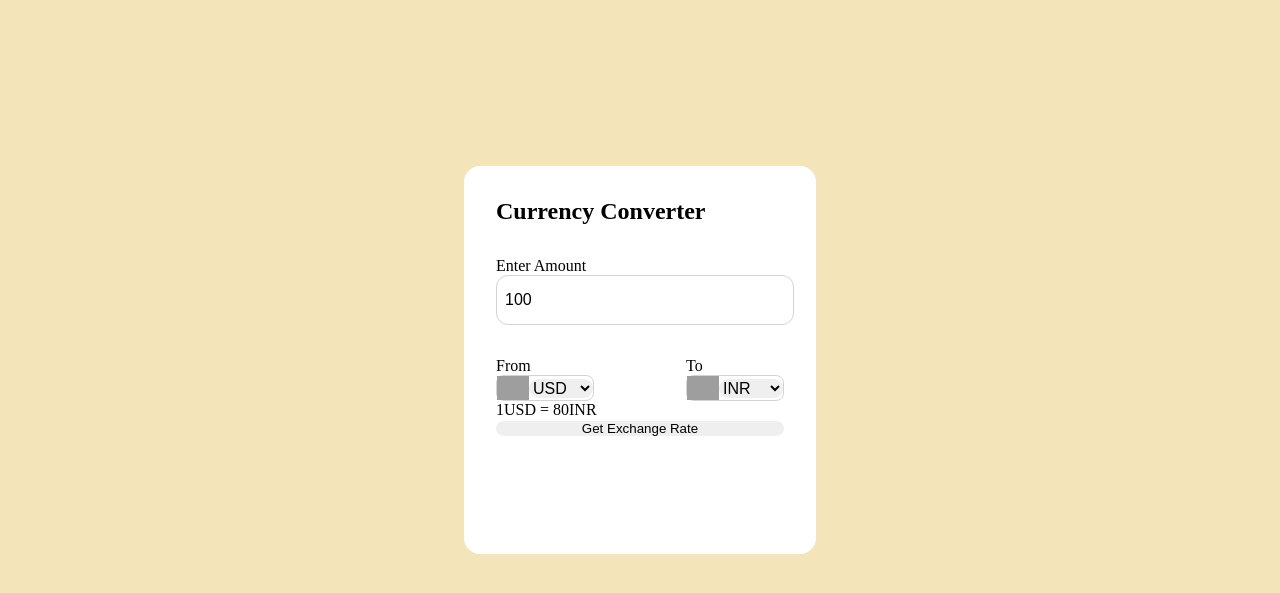
Repository: Kunal-Rajput76/currency-converter
Page: index.html
The author's editor kept a copy of each file at every save. The page is drawn from the files as they stood at one save, then again after the next save.
The browser window is 1280 px wide. The pictures show the whole page.
Pictures or frames that could not be fetched are drawn as grey boxes.

Above is the page before, as saved 2025-10-18 11:34:09.

### index.html
<!DOCTYPE html>
<html lang="en">
<head>
    <meta charset="UTF-8">
    <meta name="viewport" content="width=device-width, initial-scale=1.0">
    <title>Currency Converter</title>
    <link rel="stylesheet" href="style.css">
</head>
<body>
    <div class="container">
        <h2>Currency Converter</h2>
        <form >
            <div class="amount">
                <p>Enter Amount</p>
                <input value="100" type="text"/>
            </div>
            <div class="dropdown">
                <div class="from">
                    <p>From</p>
                    <div class="select-container">
                        <img src="https://flagsapi.com/US/flat/64.png">
                        <select name="from">
                            <option value="USD">USD</option>
                             <option value="INR">INR</option>
                              <option value="EUR">EUR</option>
                               <option value="AUD">AUD</option>
                        </select>
                    </div>
                </div>
                <i class="fa-solid fa-arrow-right-arrow-left"></i>
                <div class="to">
                    <p>To</p>
                    <div class="select-container">
                        <img src="https://flagsapi.com/IN/flat/64.png">
                        <select name="from">
                            <option value="USD">USD</option>
                             <option value="INR" selected>INR</option>
                              <option value="EUR">EUR</option>
                               <option value="AUD">AUD</option>
                        </select>
                    </div>
                </div>
            </div>
            <div class="msg">1USD = 80INR</div>
            <button>Get Exchange Rate </button>
        </form>
    </div>
</body>
</html>

### style.css
*{
    margin: 0;
    padding: 0;
}

body{
    display: flex;
    justify-content: center;
    align-items: center;
    min-height: 100vh;
    background-color: #f4e4ba;
}

.container{
    background-color: #fff;
    padding: 2rem;
    border-radius: 1rem;
    min-height: 45vh;
    width: 40vh;
}

form {
    margin: 2rem 0 1rem 0;
}

form select,button, input{
    width: 100%;
    border: none;
    outline: none;
    border-radius: 0.75rem;
}

form input{
    border: 1px solid lightgray;
    font-size: 1rem;
    height: 3rem;
    padding-left: 0.5rem;
}
.dropdown{
    display: flex;
    justify-content: space-between;
    align-items: center;
    margin-top: 2rem;
}
.select-container i{
    max-width: 2rem;
}

.select-container img{
    max-width: 2rem;
}
.select-container select{
    font-size: 1rem;

}
.select-container {
    display: flex;
    justify-content: center;
    align-items: center;
    width: 6rem;
    border-radius: 0.5rem;
    border: 1px solid lightgray;
}

After the next save:
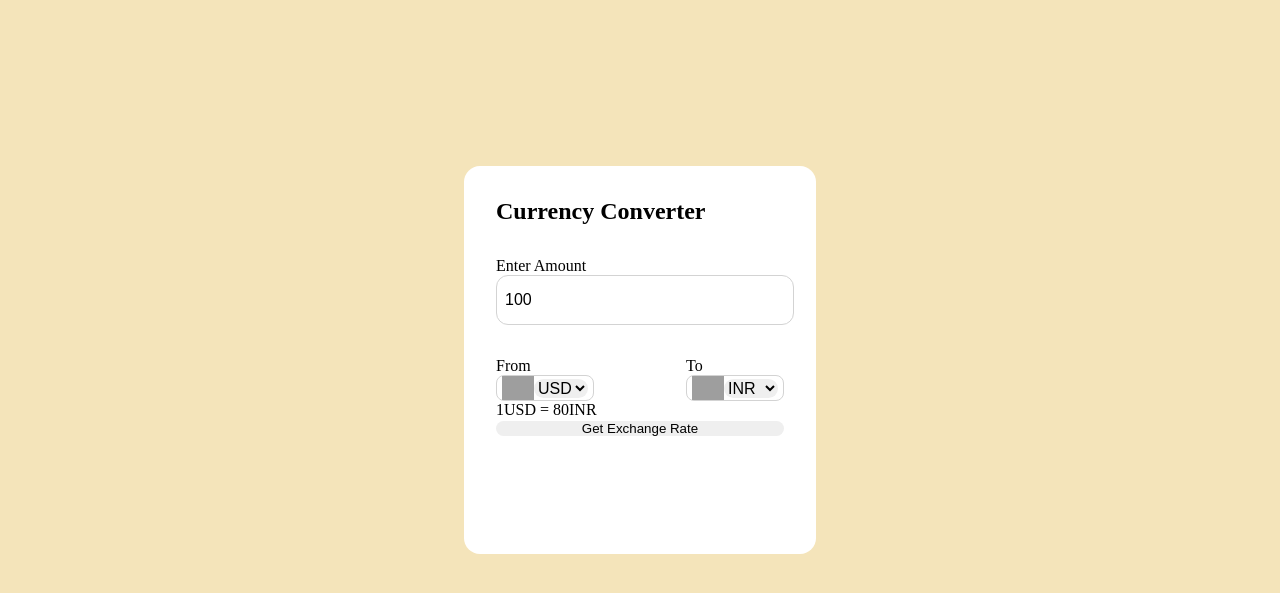
Saved 6 s later.
--- a/style.css
+++ b/style.css
@@ -51,7 +51,7 @@ form input{
 }
 .select-container select{
     font-size: 1rem;
-
+    width: auto;
 }
 .select-container {
     display: flex;
